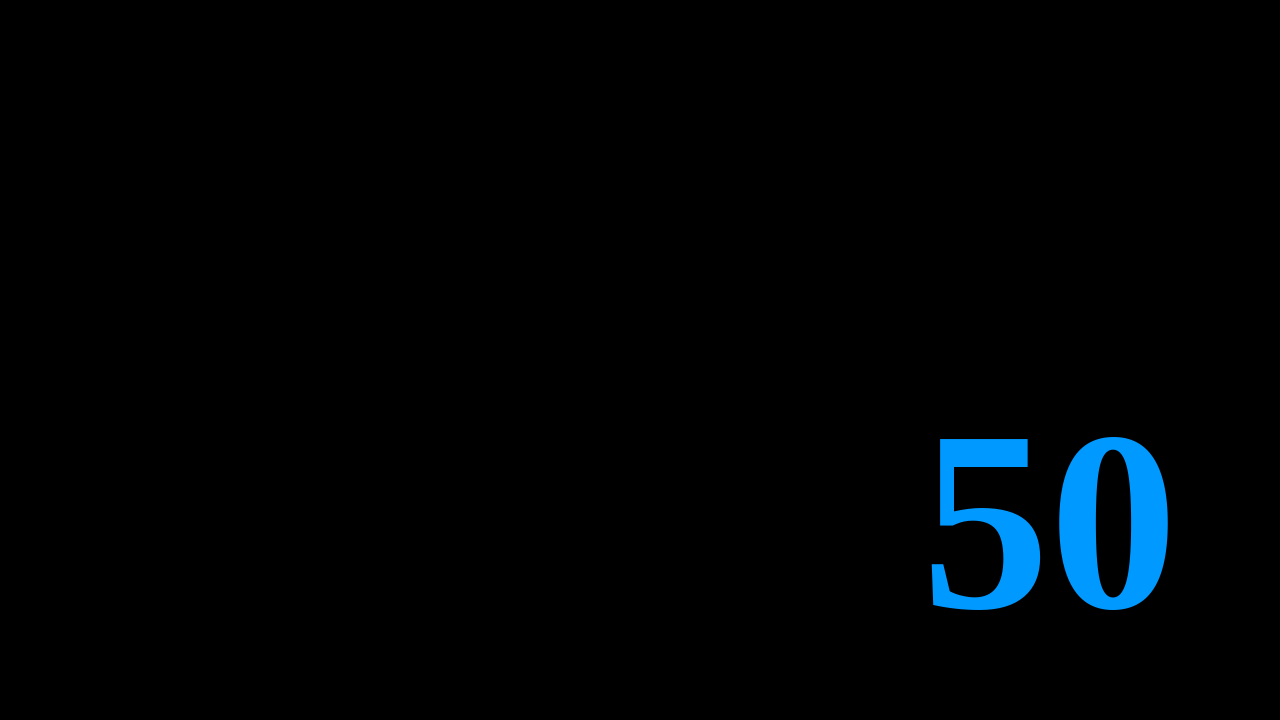
Repository: GG1627/3d-portfolio
Page: /
The author's editor kept a copy of each file at every save. The page is drawn from the files as they stood at one save, then again after the next save.
The browser window is 1280 px wide. The pictures show the whole page.
The project was rebuilt for these pictures with package versions that can differ from the ones it lists, and the page was loaded fresh each time. Also part of the build but not shown: vite.config.ts.

Above is the page before, as saved 2025-01-05 16:44:04.

After the next save:
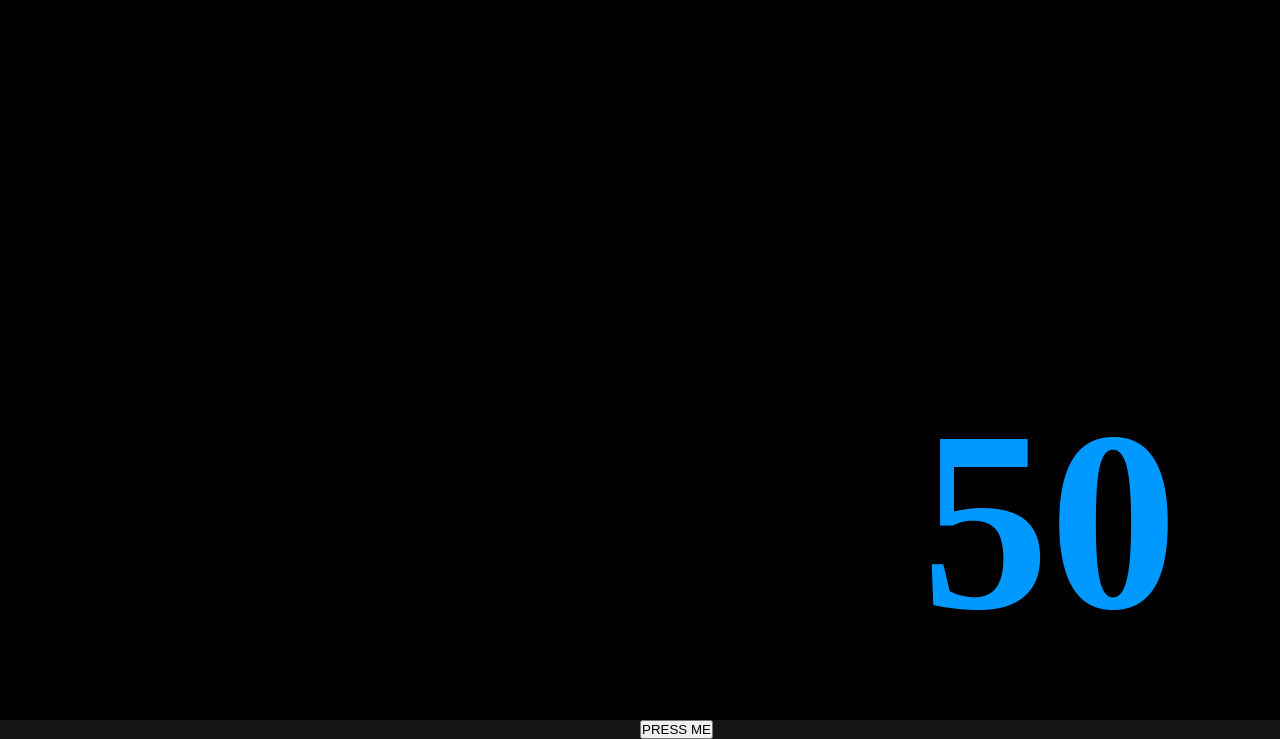
Saved 38 s later.
--- a/src/WelcomeScreen.css
+++ b/src/WelcomeScreen.css
@@ -40,6 +40,6 @@
 
 .button {
   position: absolute;
-  top: 80%;
+  top: 100%;
   left: 50%;
 }

After the 2 saves that followed:
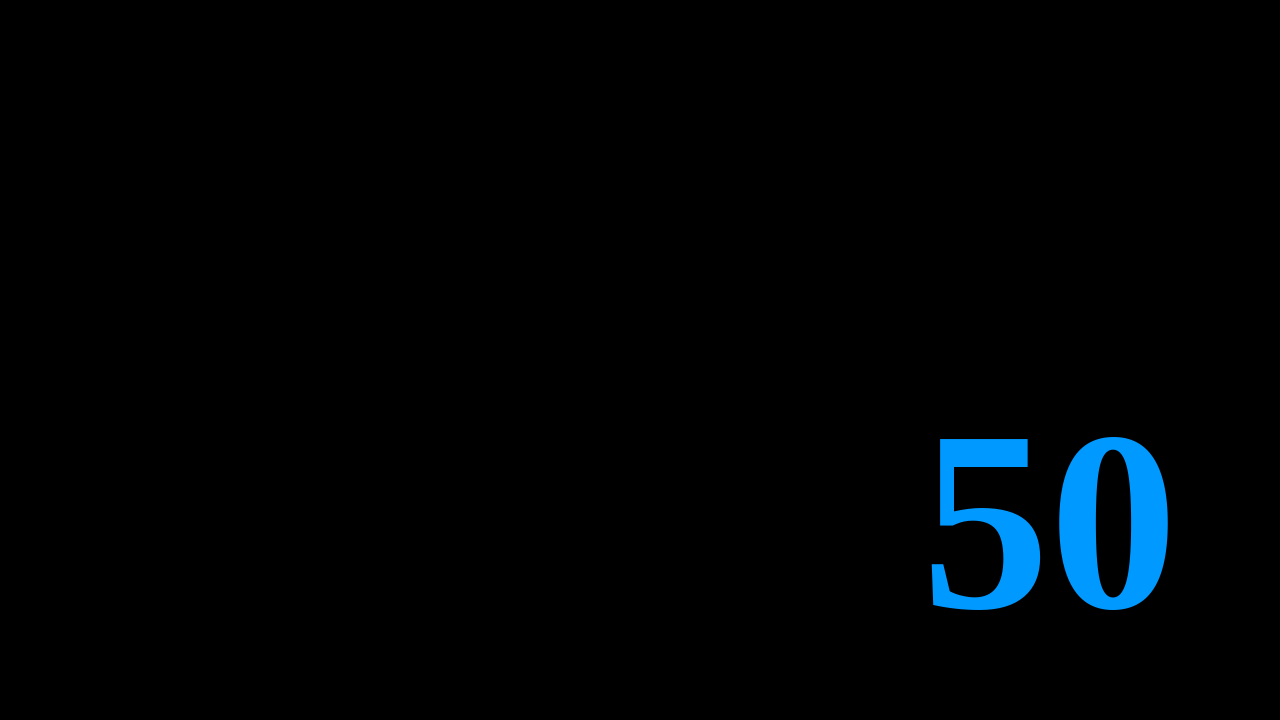
The 2 saves are shown as one change because 1 left the picture as it was.
The last was saved 13 min 55 s later.
--- a/src/WelcomeScreen.tsx
+++ b/src/WelcomeScreen.tsx
@@ -51,7 +51,7 @@
 
     gsap.to(".button", {
       duration: 4,
-      y: -300,
+      y: "-50vh",
       stagger: { amount: 0.5 },
       ease: "power4.inOut",
     });
@@ -67,7 +67,13 @@
         ))}
       </div>
 
-      <button className="button">PRESS ME</button>
+      <button>
+        <span></span>
+        <span></span>
+        <span></span>
+        <span></span>
+        <span>Button</span>
+      </button>
     </div>
   );
 }
